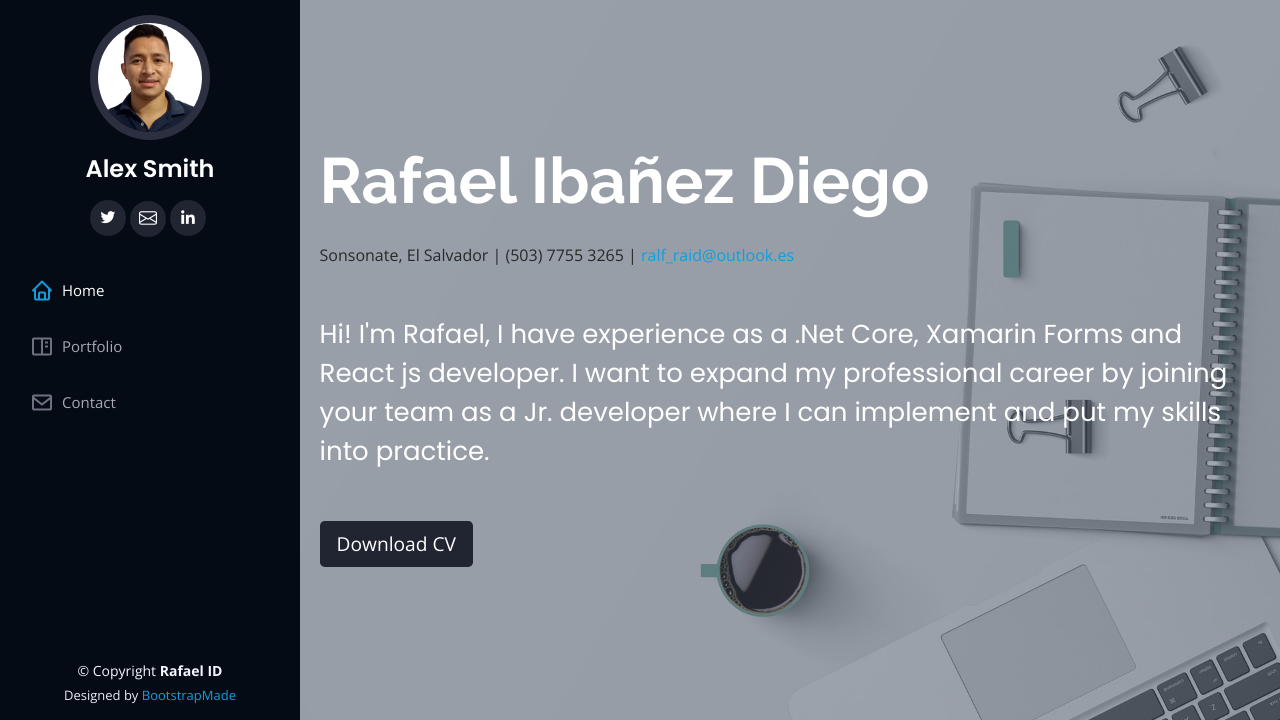
Repository: ralfId/myportfolio
Page: /index
An editor plug-in stored every save of this project. The page is shown before and after the next save, followed by the edit.
The browser window is 1280 px wide. The pictures show the whole page.
The project was rebuilt for these pictures with package versions that can differ from the ones it lists, and the page was loaded fresh each time. Also part of the build but not shown: src/data/projects.js, src/components/Projects/ProjectItem.js, src/components/Projects/ProjectIndex.js, src/helpers/ProjectById.js, src/components/Projects/ProjectDetail.js.

Above is the page before, as saved 2021-09-20 18:29:53.

After the next save:
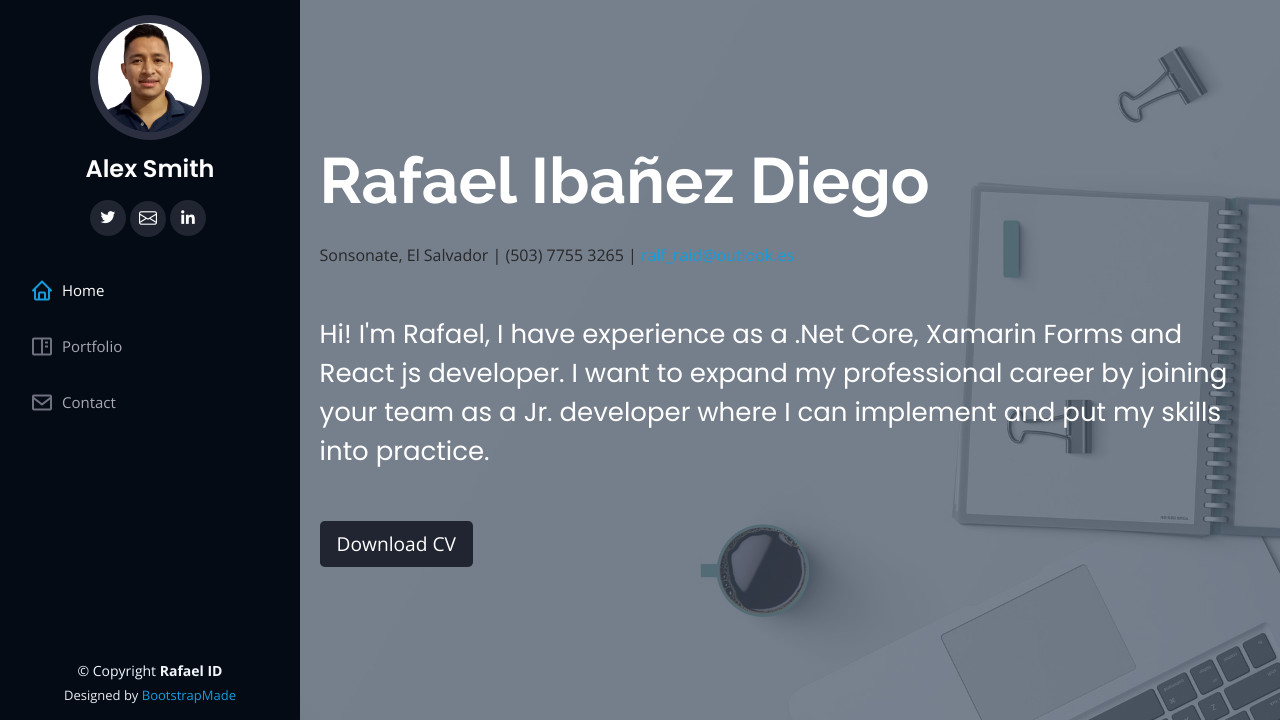
Saved 8 s later.
--- a/public/css/style.css
+++ b/public/css/style.css
@@ -246,7 +246,7 @@ h6 {
 
   #hero:before {
     content: "";
-    background: rgba(68, 81, 99, 0.5);
+    background: rgba(68, 81, 99, 0.7);
     position: absolute;
     bottom: 0;
     top: 0;
